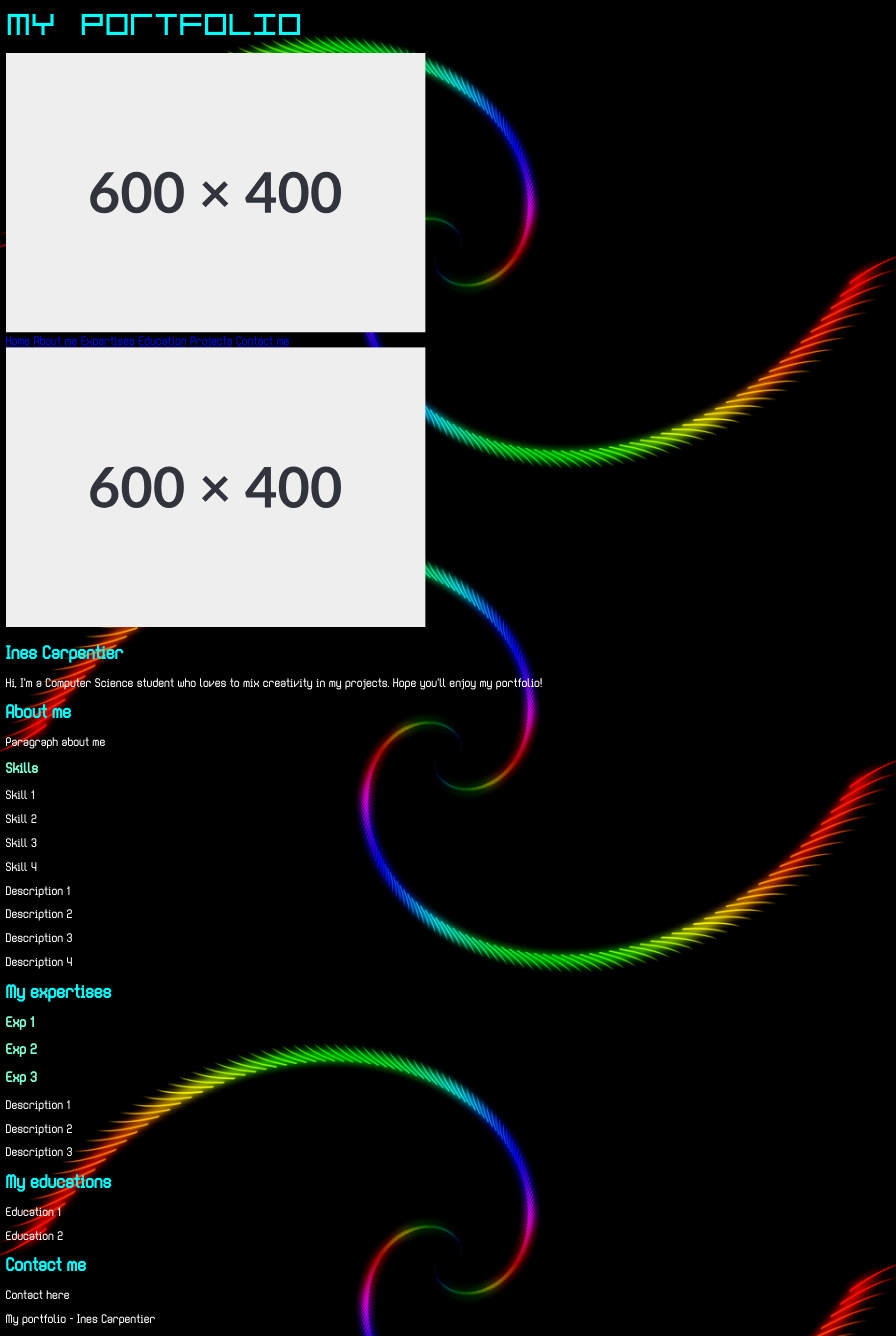
Repository: InsCarp/InsCarp
Page: index.html
These files come from the project's save history. The page is drawn as it stood at one moment and after the next save; the edit follows.
The browser window is 1280 px wide. The pictures show the whole page, at 70% of full size.
Backgrounds fixed to the window are drawn as part of the page.

Above is the page before, as saved 2026-04-22 10:25:57.

After the next save:
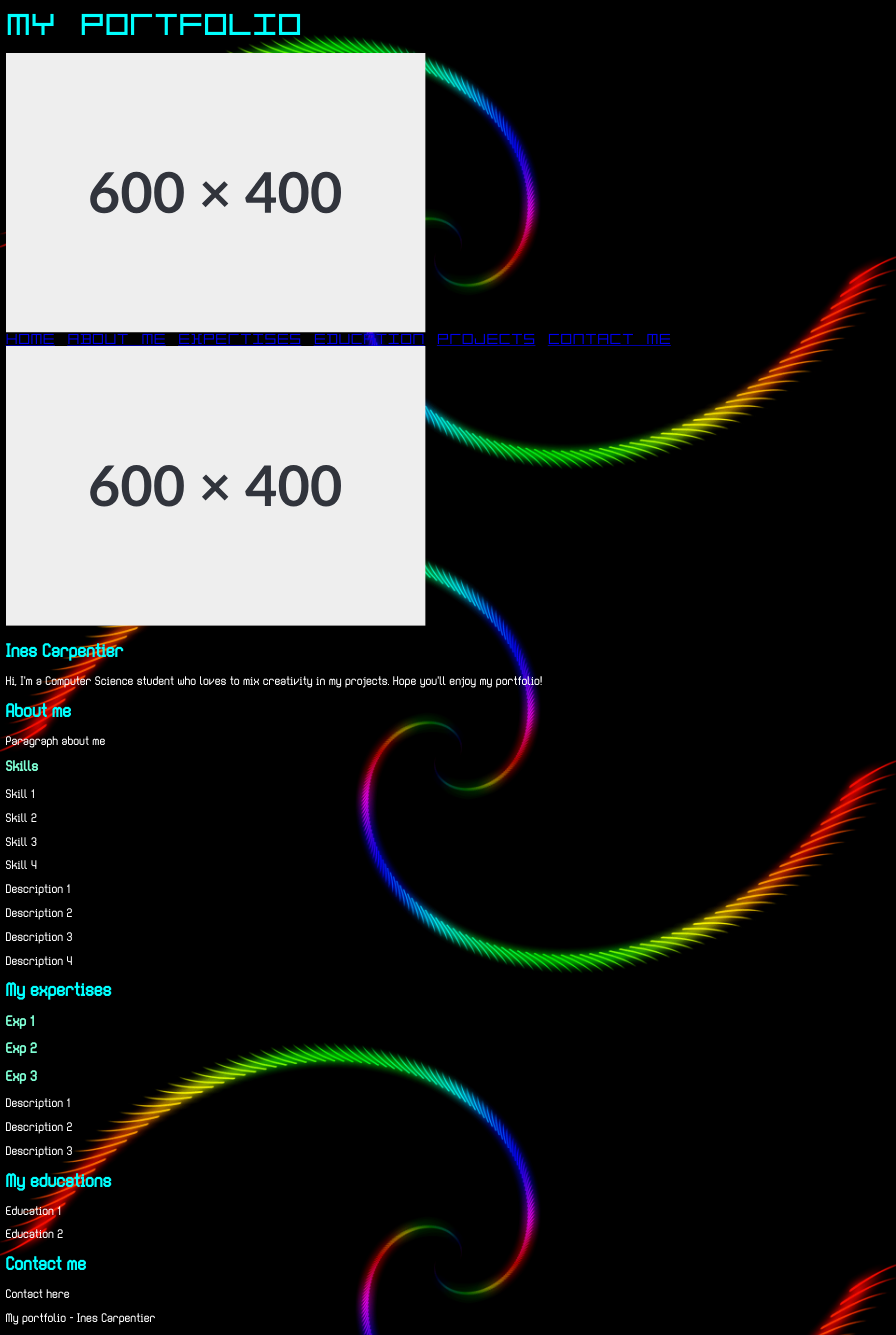
Saved 41 s later.
--- a/styles/globals.css
+++ b/styles/globals.css
@@ -16,6 +16,9 @@ body{
     background-attachment: fixed;
     font-family: Portfolio;
 }
+nav{
+    font-family: Title;
+}
 
 h1, h2{
     color:aqua;
